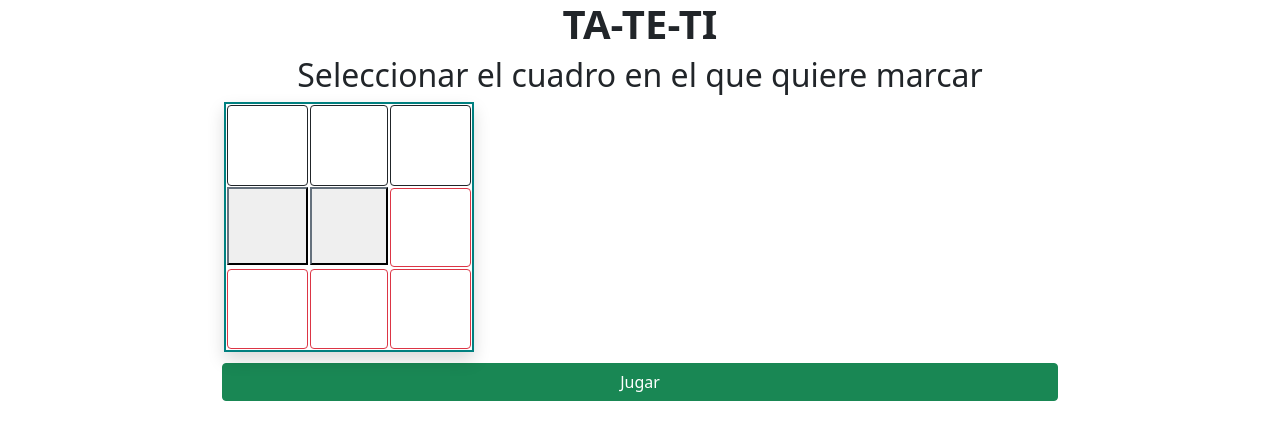
Repository: Lean97-start/TATETI
Page: Tateti.html
These files come from the project's save history. The page is drawn as it stood at one moment and after a run of saves; the edit follows.
The browser window is 1280 px wide. The pictures show the whole page.

Above is the page before, as saved 2021-07-11 23:08:09.
Console error: SyntaxError: Unexpected token ')'

After the next 4 saves:
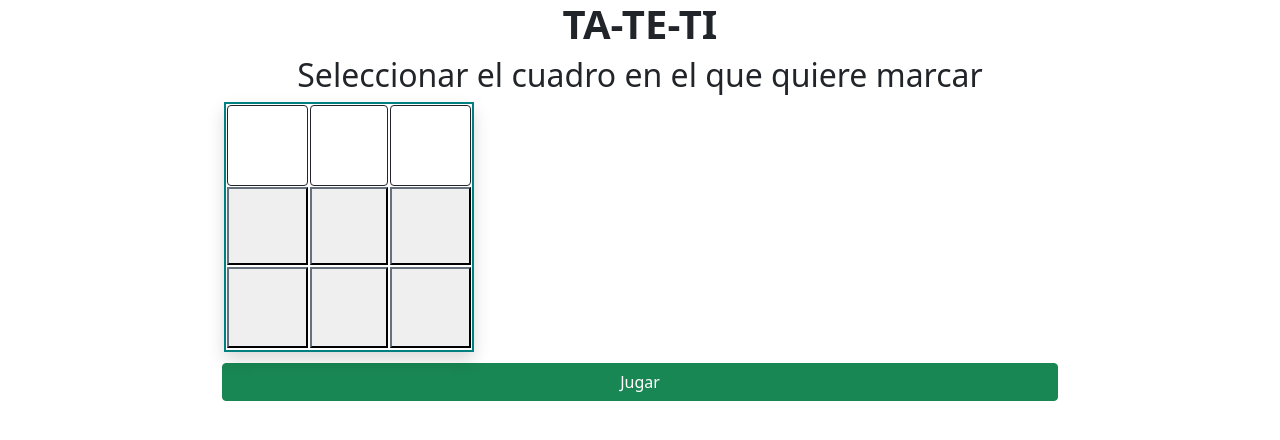
The 4 saves are shown as one change because they came seconds apart.
The last was saved 13 s later.
--- a/Tateti.html
+++ b/Tateti.html
@@ -23,12 +23,12 @@
                     <tr>
                         <td><button class="border-dark w-100 h-100" id="12"></button></td>
                         <td><button class="border-dark w-100 h-100" id="22"></button></td>
-                        <td><button class="btn btn-outline-danger w-100 h-100" id="32"></button></td>
+                        <td><button class="border-dark w-100 h-100" id="32"></button></td>
                     </tr>
                     <tr>
-                        <td><button class="btn btn-outline-danger w-100 h-100" id="13"></button></td>
-                        <td><button class="btn btn-outline-danger w-100 h-100" id="23"></button></td>
-                        <td><button class="btn btn-outline-danger w-100 h-100" id="33"></button></td>
+                        <td><button class="border-dark w-100 h-100" id="13"></button></td>
+                        <td><button class="border-dark w-100 h-100" id="23"></button></td>
+                        <td><button class="border-dark w-100 h-100" id="33"></button></td>
                     </tr>
                 </table>
             </div>
